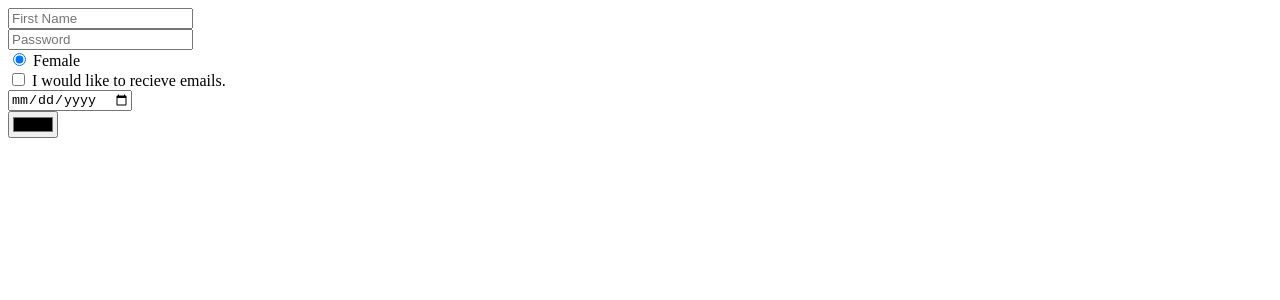
Repository: feefifofannie/SapientNitroTraining
Page: WebProject/Demos/AjaxDemo.html
An editor plug-in stored every save of this project. The page is shown before and after the next save, followed by the edit.
The browser window is 1280 px wide. The pictures show the whole page.

Above is the page before, as saved 2015-09-17 08:53:47.

After the next save:
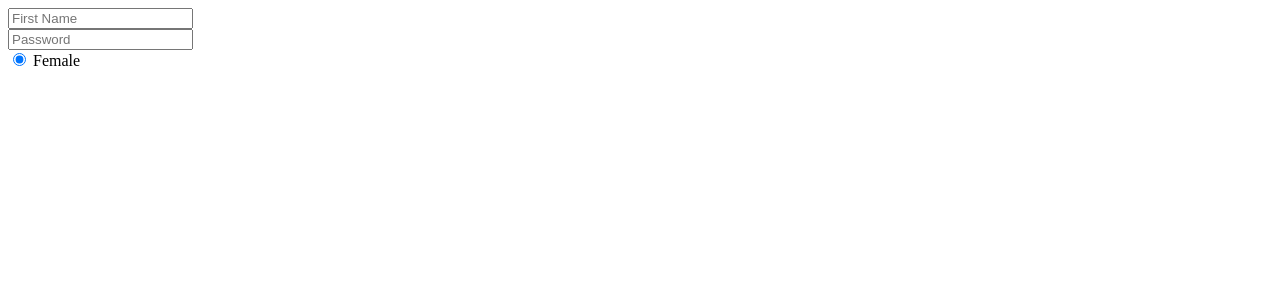
Saved 72 s later.
--- a/WebProject/Demos/AjaxDemo.html
+++ b/WebProject/Demos/AjaxDemo.html
@@ -4,7 +4,7 @@
 <meta charset="ISO-8859-1">
 <title>AJAX Demo</title>
 <script>
-	function nameFunction() {
+	function ajaxFunction() {
 		var xmlHttp;
 		try {
 			xmlHttp = new XMLHttpRequest();
@@ -26,49 +26,18 @@
 			}
 		}
 		xmlHttp.open("GET", "greet?firstname=" + document.regfrm.fname.value,true);
-
-		xmlHttp.send(null);
-	}
-	function passwordFunction() {
-		var xmlHttp;
-		try {
-			xmlHttp = new XMLHttpRequest();
-		} catch (e) {
-			try {
-				xmlHttp = new ActiveXObject("Microsoft.XMLHTTP");
-			} catch (e) {
-				try {
-					xmlHttp = new ActiveObejct("Microsoft.XMLHTTP");
-				} catch (e) {
-					alert("Your browser does not support AJAX!");
-					return false;
-				}
-			}
-		}
-		xmlHttp.onreadystatechange = function() {
-			if (xmlHttp.readyState == 4) {
-				document.getElementById("divHello").innerHTML = xmlHttp.responseText;
-			}
-		}
-		xmlHttp.open("GET", "greet?password=" + document.regfrm.psw.value,true);
-
 		xmlHttp.send(null);
 	}
 </script>
 </head>
 <body>
 	<form name="regfrm">
-		<input id="fname" placeholder="First Name" type=text onblur="nameFunction()"/>
+		<input id="fname" placeholder="First Name" type=text onblur="ajaxFunction()"/>
 		<br>
-		<input type="password" id="psw" placeholder="Password" onblur="passwordFunction()"/>
+		<input type="password" id="psw" placeholder="Password"/>
 		<br>
 		<input type="radio" id="sex" value="female" checked> Female
 		<br>
-		<input type="checkbox" id="check" value="Bike"> I would like to recieve emails.
-		<br>
-		<input type="date" id="bday" placeholder="Birthday"/>
-		<br>
-		<input type="color" id="favcolor"/>
 		<br>
 	</form>
 	<div id="divHello"></div>
